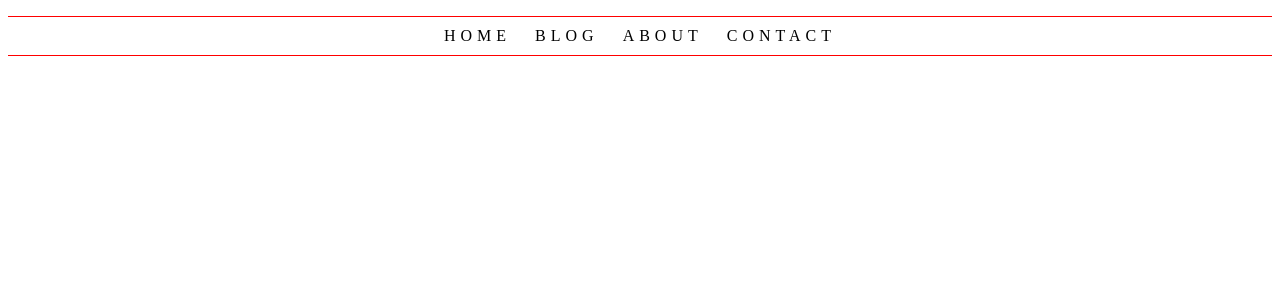
Repository: daehyeonhong/HTML
Page: ch05/WebContent/About.html
An editor plug-in stored every save of this project. The page is shown before and after the next save, followed by the edit.
The browser window is 1280 px wide. The pictures show the whole page.

Above is the page before, as saved 2020-05-20 01:41:15.

### ch05/WebContent/About.html
<!DOCTYPE html>
<html>
<head>
<meta charset="UTF-8">
<title>About</title><style type="text/css">
li {
	/* border: 1px solid blue; */
	display: inline;
	text-transform: uppercase;
	padding: 0 10px;
	letter-spacing: 5px;
}

ul {
	list-style: none;
	text-align: center;
	border-top: 1px solid red;
	border-bottom: 1px solid red;
	padding: 10px 0;
}

ul li a{
	text-decoration: none;
	color: black;
}
ul li a:hover {
	text-decoration: underline;
}
</style>
</head>
<body>
<div>
	<ul>
		<li><a href="#">Home</a></li>
		<!-- li는 블럭 요소 -->
		<li><a href="Blog.html">Blog</a></li>
		<li><a href="About.html">About</a></li>
		<li><a href="Contact.html">Contact</a></li>
	</ul></div>
<h1></h1>
</body>
</html>

After the next save:
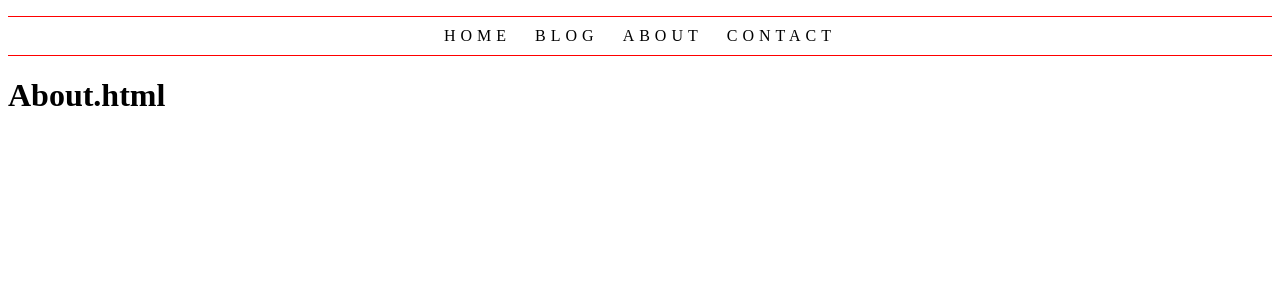
Saved 70 s later.
--- a/ch05/WebContent/About.html
+++ b/ch05/WebContent/About.html
@@ -37,6 +37,6 @@ ul li a:hover {
 		<li><a href="About.html">About</a></li>
 		<li><a href="Contact.html">Contact</a></li>
 	</ul></div>
-<h1></h1>
+<h1>About.html</h1>
 </body>
 </html>
